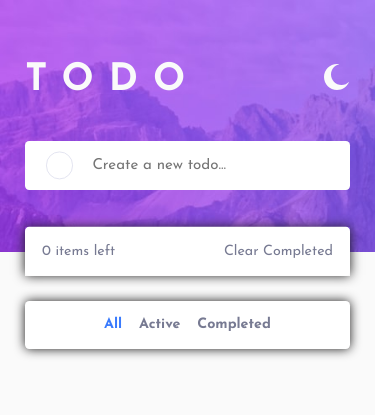
Repository: tomas938/todo-app
Page: /
These files come from the project's save history. The page is drawn as it stood at one moment and after the next save; the edit follows.
The browser window is 375 px wide. The pictures show the whole page.
The project was rebuilt for these pictures with package versions that can differ from the ones it lists, and the page was loaded fresh each time.

Above is the page before, as saved 2021-08-20 14:28:03.

### src/main.js
import { createApp } from "vue";
import App from "./App.vue";
import router from "./router";

createApp(App)
	.use(router)
	.mount("#app");
//

### src/App.vue
<template>
	<router-view />
</template>

<style lang="scss">
@import "/src/scss/_variables";
:root {
	.dark {
		--bg-image: url(./assets/bg-desktop-dark.jpg);
		--items-bg-color: hsl(235, 24%, 19%);
		--body-bg: hsl(235, 21%, 11%);
		--todo-text: hsl(236, 33%, 92%);
		--todo-border: hsl(237, 14%, 26%);
	}
	.light {
		--bg-image: url(./assets/bg-desktop-light.jpg);
		--items-bg-color: hsl(0, 0%, 100%);
		--body-bg: hsl(0, 0%, 98%);
		--todo-text: hsl(233, 14%, 35%);
		--todo-border: hsl(236, 33%, 92%);
	}
}

* {
	margin: 0;
	padding: 0;
	box-sizing: border-box;
}
html {
	font-size: 62.5%;
	@media only screen and (max-width: 450px) {
		font-size: 52.5%;
	}
}
body {
	font-size: 1.8rem;
	font-family: $font-primary;
	background-color: var(--body-bg);
}

li {
	list-style: none;
}
</style>

### src/router/index.js
import { createRouter, createWebHashHistory } from "vue-router";
import Home from "../views/Home.vue";

const routes = [
	{
		path: "/",
		name: "Home",
		component: Home,
	},
];

const router = createRouter({
	history: createWebHashHistory(),
	routes,
});

export default router;

### src/scss/_variables.scss
// LINK COLLORS-PRIMARY //

$primary: hsl(220, 98%, 61%);
$primary-bg: linear-gradient(rgb(87, 221, 255), hsl(280, 87%, 65%));

// LINK LIGHT THEME //

$light-gray: hsl(0, 0%, 98%);
$very-light-grayish-blue: hsl(236, 33%, 92%);
$light-grayish-blue: hsl(233, 11%, 84%);
$dark-grayish-blue: hsl(236, 9%, 61%);
$very-dark-grayish-blue: hsl(235, 19%, 35%);

// LINK DARK THEME //

$very-dark-blue: hsl(235, 21%, 11%);
$dark-desaturated-blue: hsl(235, 24%, 19%);
$light-grayish-blue--dark: hsl(234, 39%, 85%);
$light-grayish-blue--dark-hover: hsl(236, 33%, 92%);
$dark-grayish-blue--dark: hsl(234, 11%, 52%);
$very-dark-grayish-blue--dark: hsl(233, 14%, 35%);
$very-dark-grayish-blue--dark-2: hsl(237, 14%, 26%);

// LINK FONT //

@import url("https://fonts.googleapis.com/css2?family=Josefin+Sans:wght@400;700&display=swap");
$font-primary: "Josefin Sans", sans-serif;
$light: 400;
$bold: 700;

### src/views/Home.vue
<template>
	<Todos />
</template>

<script>
import Todos from "../components/Todos.vue";
export default {
	components: {
		Todos,
	},
};
</script>
<style lang="scss"></style>

### src/components/Todos.vue
<template>
	<Header @create-todo="newTodo($event)" />
	<main>
		<div class="wrapper">
			<transition-group name="list" class="todos" tag="ul" appear>
				<li
					v-for="(todo, index) in filteredTodos"
					:key="todo.name"
					class="todo-item"
				>
					<div
						class="todo "
						:class="{ complete: todo.completed }"
						@click="todo.completed = !todo.completed"
					></div>
					<span>{{ todo.name }}</span>
					<svg
						@click="removeTodo(index)"
						class="close"
						xmlns="http://www.w3.org/2000/svg"
						width="18"
						height="18"
					>
						<path
							fill="#494C6B"
							fill-rule="evenodd"
							d="M16.97 0l.708.707L9.546 8.84l8.132 8.132-.707.707-8.132-8.132-8.132 8.132L0 16.97l8.132-8.132L0 .707.707 0 8.84 8.132 16.971 0z"
						/>
					</svg>
				</li>
			</transition-group>
			<div class="filters">
				<div class="items-left">
					<span>{{ filteredTodos.length }} items left</span>
				</div>
				<div class="filter">
					<span :class="{ active: filter === 'all' }" @click="filter = 'all'"
						>All</span
					>
					<span
						:class="{ active: filter === 'active' }"
						@click="filter = 'active'"
						>Active</span
					>
					<span
						:class="{ active: filter === 'completed' }"
						@click="filter = 'completed'"
						>Completed</span
					>
				</div>
				<div class="clear">
					<span @click="clearTodos">Clear Completed</span>
				</div>
			</div>
		</div>
	</main>
	<div class="filters-mobile">
		<div class="filter">
			<span :class="{ active: filter === 'all' }" @click="filter = 'all'"
				>All</span
			>
			<span :class="{ active: filter === 'active' }" @click="filter = 'active'"
				>Active</span
			>
			<span
				:class="{ active: filter === 'completed' }"
				@click="filter = 'completed'"
				>Completed</span
			>
		</div>
	</div>
</template>

<script>
import Header from "../components/Header";
export default {
	components: {
		Header,
	},
	data() {
		return {
			LOCAL_STORAGE_KEY: "todoApp",
			todos: JSON.parse(localStorage.getItem(this.LOCAL_STORAGE_KEY)) || [],
			filter: "all",
		};
	},
	mounted() {
		if (localStorage.getItem(this.LOCAL_STORAGE_KEY))
			this.todos = JSON.parse(localStorage.getItem(this.LOCAL_STORAGE_KEY));
	},
	watch: {
		todos: {
			deep: true,
			handler(newValue) {
				localStorage.setItem(this.LOCAL_STORAGE_KEY, JSON.stringify(newValue));
			},
		},
	},
	methods: {
		newTodo(newTodo) {
			if (newTodo !== "") {
				this.todos.unshift({ name: newTodo, completed: false });
			}
		},
		removeTodo(index) {
			this.todos.splice(index, 1);
		},
		clearTodos() {
			this.todos = this.todos.filter((todo) => !todo.completed);
		},
	},
	computed: {
		filteredTodos() {
			if (this.filter === "all") {
				return this.todos;
			} else if (this.filter === "active") {
				return this.todos.filter((todo) => !todo.completed);
			} else if (this.filter === "completed") {
				return this.todos.filter((todo) => todo.completed);
			}
			return this.todos;
		},
	},
};
</script>

<style lang="scss" scoped>
@import "/src/scss/_variables";

main {
	transform: translateY(-3rem);
	display: flex;
	flex-direction: column;
	max-width: 73.5rem;
	margin: 0 auto;
	padding: 0 3rem;
}
.wrapper {
	box-shadow: 0px 0px 11px 0px #1a1919;
}
.todos {
	position: relative;
	border-radius: 0.5rem;
	background-color: var(--items-bg-color);
}
.todo-item {
	position: relative;
	display: flex;
	justify-content: space-between;
	align-items: center;
	width: 100%;
	padding: 2rem;
	padding-left: 8rem;
	font-family: $font-primary;
	font-weight: $light;
	color: var(--todo-text);
	border-bottom: 1px solid var(--todo-border);
	.todo {
		cursor: pointer;
		content: "";
		position: absolute;
		display: flex;
		align-items: center;
		justify-content: center;
		top: 50%;
		transform: translateY(-50%);
		left: 2.5rem;
		width: 3rem;
		height: 3rem;
		border-radius: 50%;
		border: 1px solid var(--todo-border);
	}
	.complete {
		background-image: url("../assets/icon-check.svg"), $primary-bg;
		background-repeat: no-repeat;
		background-position: center;
	}
	.close {
		cursor: pointer;
		opacity: 0;
	}
	&:hover {
		.close {
			transition: opacity 0.5s ease-in-out;
			opacity: 1;
		}
	}
}
.filters-mobile {
	display: none;
	background-color: var(--items-bg-color);
	padding: 2rem;
	box-shadow: 0px 0px 11px 0px #1a1919;
	border-radius: 0.5rem;
	margin: 0 3rem;
	@media only screen and (max-width: 600px) {
		display: block;
	}
	.filter {
		font-weight: $bold;
		display: flex;
		justify-content: center;
		gap: 2rem;
		.active {
			color: $primary;
			transition: color 0.3s ease-in-out;
		}
	}
	span {
		color: $dark-grayish-blue--dark;
		cursor: pointer;
		font-size: 1.7rem;
	}
}
.filters {
	display: flex;
	justify-content: space-between;
	background-color: var(--items-bg-color);
	padding: 2rem;
	border-radius: 0.5rem;

	.filter {
		font-weight: $bold;
		display: flex;
		gap: 2rem;
		@media only screen and (max-width: 600px) {
			display: none;
		}
		.active {
			color: $primary;
			transition: color 0.3s ease-in-out;
		}
	}
	.items-left {
		span {
			cursor: auto;
		}
	}
	span {
		color: $dark-grayish-blue--dark;
		cursor: pointer;
		font-size: 1.7rem;
	}
}
// TRANSITIONS //
.list-enter-active {
	transition: all 0.7s ease;
}
.list-enter-from {
	opacity: 0;
	transform: scale(0.6);
}
.list-enter-to {
	opacity: 1;
	transform: scale(1);
}
.list-leave-active {
	transition: all 0.7s ease;
	position: absolute;
}
.list-leave-from {
	opacity: 1;
	transform: scale(1);
}
.list-leave-to {
	opacity: 0;
	transform: scale(0.6);
}
.list-move {
	transition: all 0.4s ease;
}
</style>

### src/components/Header.vue
<template>
	<header>
		<nav class="nav container">
			<div class="nav__title">
				<h1>todo</h1>
			</div>
			<svg
				v-if="ligth"
				@click="changeTheme"
				class="nav__theme"
				xmlns="http://www.w3.org/2000/svg"
				width="26"
				height="26"
			>
				<path
					fill="#fafafa"
					fill-rule="evenodd"
					d="M13 0c.81 0 1.603.074 2.373.216C10.593 1.199 7 5.43 7 10.5 7 16.299 11.701 21 17.5 21c2.996 0 5.7-1.255 7.613-3.268C23.22 22.572 18.51 26 13 26 5.82 26 0 20.18 0 13S5.82 0 13 0z"
				/>
			</svg>
			<svg
				v-else
				@click="changeTheme"
				xmlns="http://www.w3.org/2000/svg"
				width="26"
				height="26"
			>
				<path
					fill="#fafafa"
					fill-rule="evenodd"
					d="M13 21a1 1 0 011 1v3a1 1 0 11-2 0v-3a1 1 0 011-1zm-5.657-2.343a1 1 0 010 1.414l-2.121 2.121a1 1 0 01-1.414-1.414l2.12-2.121a1 1 0 011.415 0zm12.728 0l2.121 2.121a1 1 0 01-1.414 1.414l-2.121-2.12a1 1 0 011.414-1.415zM13 8a5 5 0 110 10 5 5 0 010-10zm12 4a1 1 0 110 2h-3a1 1 0 110-2h3zM4 12a1 1 0 110 2H1a1 1 0 110-2h3zm18.192-8.192a1 1 0 010 1.414l-2.12 2.121a1 1 0 01-1.415-1.414l2.121-2.121a1 1 0 011.414 0zm-16.97 0l2.121 2.12A1 1 0 015.93 7.344L3.808 5.222a1 1 0 011.414-1.414zM13 0a1 1 0 011 1v3a1 1 0 11-2 0V1a1 1 0 011-1z"
				/>
			</svg>
		</nav>
		<div class="new-todo">
			<input
				autofocus
				type="text"
				placeholder="Create a new todo..."
				v-model="newTodo"
				@keypress.enter="$emit('create-todo', newTodo), clearInput()"
			/>
		</div>
	</header>
</template>

<script>
export default {
	data() {
		return {
			newTodo: "",
			ligth: true,
			body: document.body,
		};
	},
	methods: {
		changeTheme() {
			this.ligth = !this.ligth;
			if (!this.ligth) {
				this.body.classList.remove("light");
				this.body.classList.add("dark");
			} else {
				this.body.classList.remove("dark");
				this.body.classList.add("light");
			}
		},
		clearInput() {
			this.newTodo = "";
		},
	},
	mounted() {
		this.body.classList.add("light");
	},
};
</script>

<style lang="scss" scoped>
@import "/src/scss/_variables";

header {
	height: 30rem;
	display: flex;
	flex-direction: column;
	align-items: center;
	justify-content: center;
	gap: 5rem;
	padding: 3rem;
	background-image: var(--bg-image);
	background-repeat: no-repeat;
	background-size: cover;
}
.nav {
	max-width: 67.5rem;
	width: 100%;
	display: flex;
	justify-content: space-between;
	align-items: baseline;
	&__title h1 {
		font-size: 4.5rem;
		letter-spacing: 1.8rem;
		text-transform: uppercase;
	}

	svg {
		cursor: pointer;
	}
}
.new-todo {
	max-width: 67.5rem;
	width: 100%;
	position: relative;
	&::before {
		content: "";
		position: absolute;
		top: 50%;
		transform: translateY(-50%);
		left: 2.5rem;
		width: 3rem;
		height: 3rem;
		border-radius: 50%;
		border: 1px solid var(--todo-border);
	}
}
input {
	background-color: var(--items-bg-color);
	color: var(--todo-text);
	width: 100%;
	outline: none;
	border: none;
	padding: 2rem;
	padding-left: 8rem;
	border-radius: 0.5rem;
	font-size: 1.8rem;
	font-family: $font-primary;
	font-weight: $light;
}
h1 {
	color: $light-gray;
}
</style>

Loaded but not shown: public/index.html (common file)

After the next save:
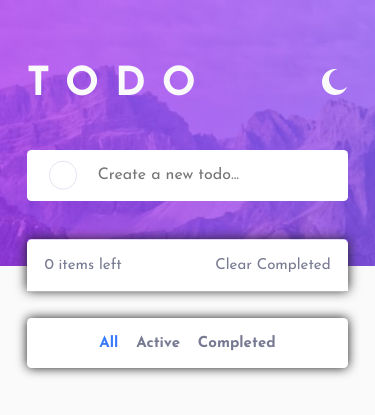
Saved 12 s later.
--- a/src/App.vue
+++ b/src/App.vue
@@ -29,7 +29,7 @@
 html {
 	font-size: 62.5%;
 	@media only screen and (max-width: 450px) {
-		font-size: 52.5%;
+		font-size: 55.5%;
 	}
 }
 body {
